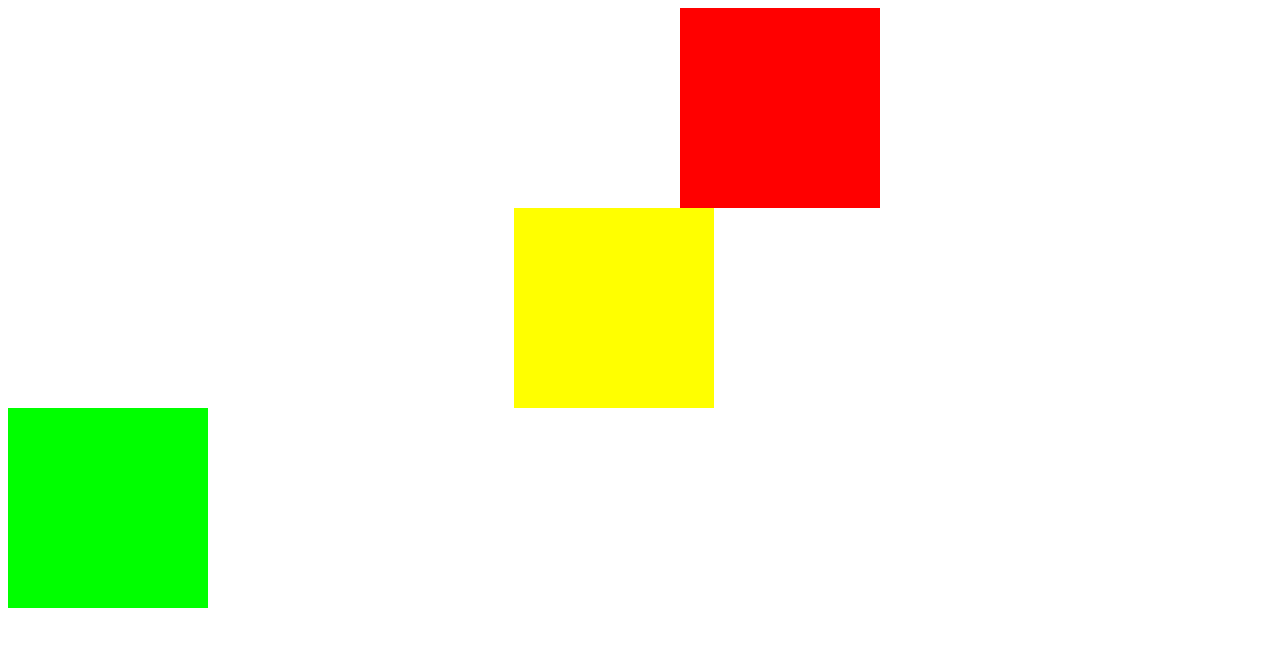
Repository: Divineridh/LPPAChallenges
Page: Trabajos en Clase/ejercicio cajas css/index.html
These files come from the project's save history. The page is drawn as it stood at one moment and after the next save; the edit follows.
The browser window is 1280 px wide. The pictures show the whole page.

Above is the page before, as saved 2022-04-26 20:35:01.

After the next save:
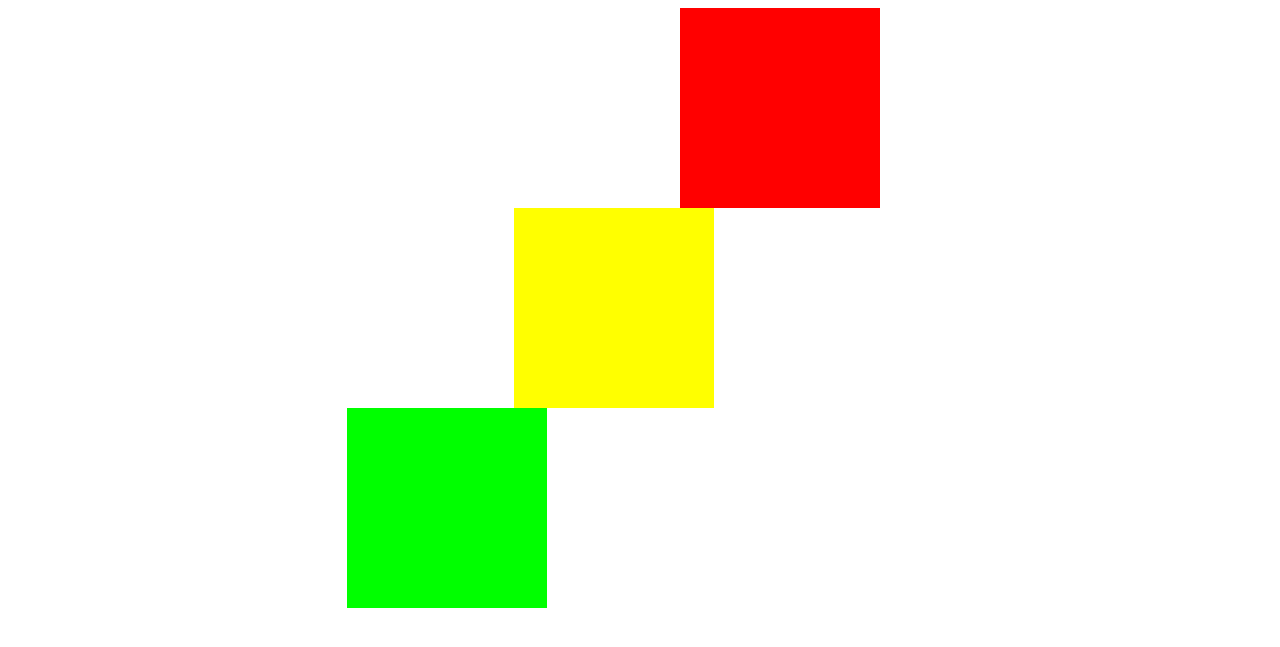
Saved 18 s later.
--- a/Trabajos en Clase/ejercicio cajas css/index.css
+++ b/Trabajos en Clase/ejercicio cajas css/index.css
@@ -10,6 +10,7 @@
 
 .square3 {
     background-color: rgb(0, 255, 0);
+    left: 26.8%;
 }
 
 .squares {
